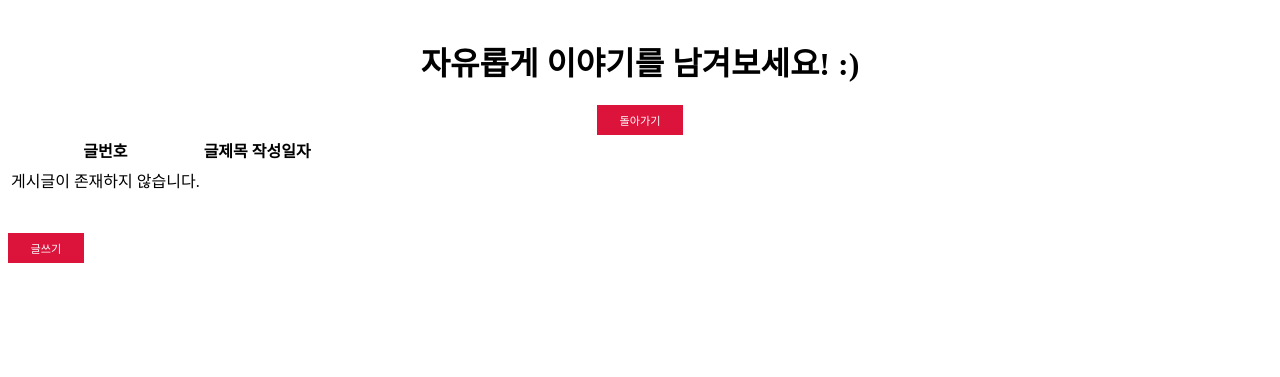
Repository: minkyung0421/NMT_Project
Page: http://localhost/MyPage_Project/list.jsp
These files come from the project's save history. The page is drawn as it stood at one moment and after the next save; the edit follows.
The browser window is 1280 px wide. The pictures show the whole page.
The page is served by Tomcat 9. Queries for data that is not in the repository find no rows.

Above is the page before, as saved 2018-08-30 23:13:40.

After the next save:
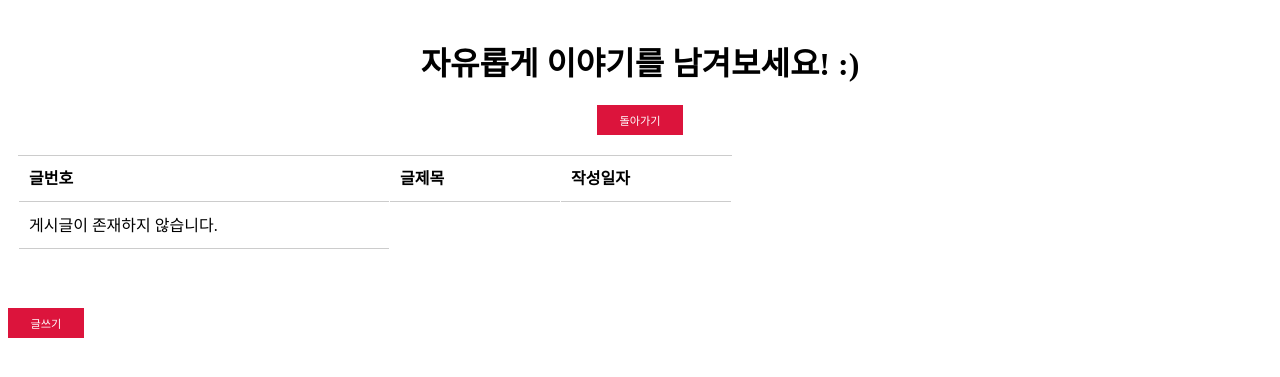
Saved 20 s later.
--- a/NMT_Project/MyPage_Project/WebContent/list.jsp
+++ b/NMT_Project/MyPage_Project/WebContent/list.jsp
@@ -8,21 +8,30 @@
 <title>List</title>
 <style>
 
-      .body{
-
-        width:1100px;
-
-        margin:50px auto 0;
-
-        text-align: center;
-
-      }
+	table.type04 {
+    border-collapse: separate;
+    border-spacing: 1px;
+    text-align: left;
+    line-height: 1.5;
+    border-top: 1px solid #ccc;
+  margin : 20px 10px;
+}
+table.type04 th {
+    width: 150px;
+    padding: 10px;
+    font-weight: bold;
+    vertical-align: top;
+    border-bottom: 1px solid #ccc;
+}
+table.type04 td {
+    width: 350px;
+    padding: 10px;
+    vertical-align: top;
+    border-bottom: 1px solid #ccc;
+}
 
 
 
-      .body, .body td, .body th{ border-collapse: collapse; border:1px solid black; box-sizing: border-box;}
-
-      .body th{background-color: #e3e3e3;}
 
       .Btn{margin:30px auto 0; width:100px;}
 
